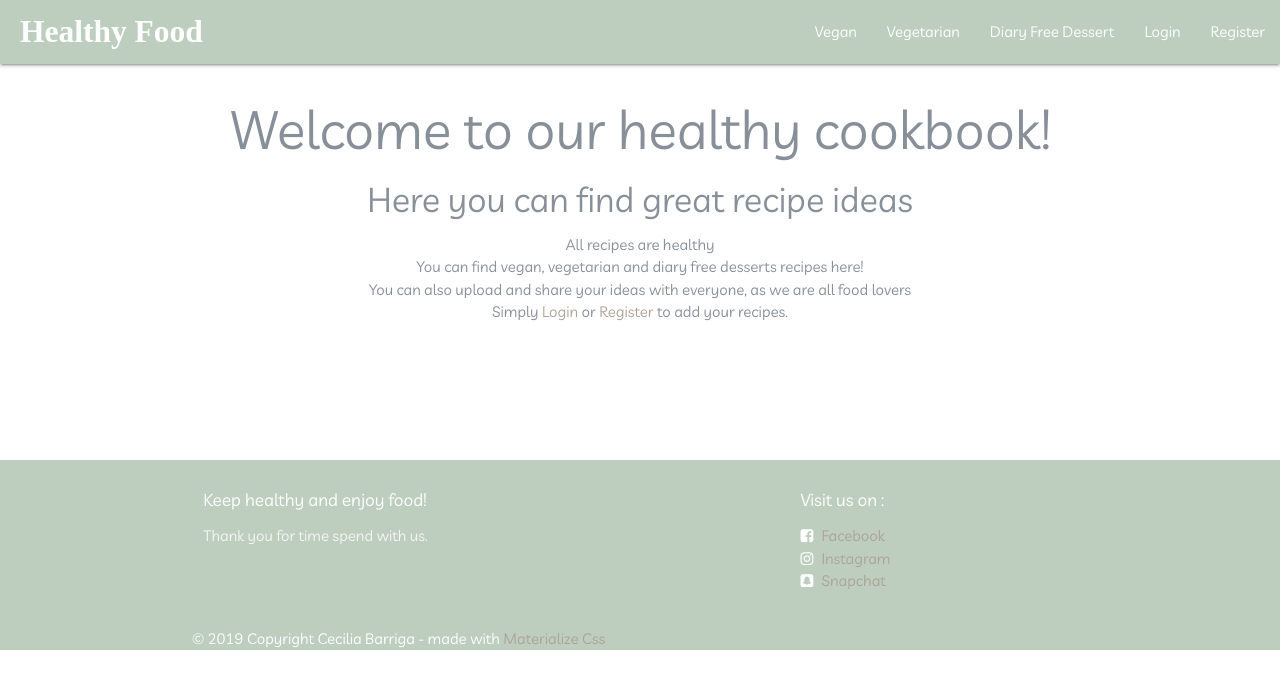
Repository: cesole/cookbook
Page: http://localhost/
The author's editor kept a record of every edit. The page is drawn from the files as they stood at one moment, then again after the next edit.
The browser window is 1280 px wide. The pictures show the whole page.
Some web fonts or font styles are not loaded; a fallback is used. The page is served by the project's application, run on Flask 3 (app.py).

Above is the page before.

After the next edit:
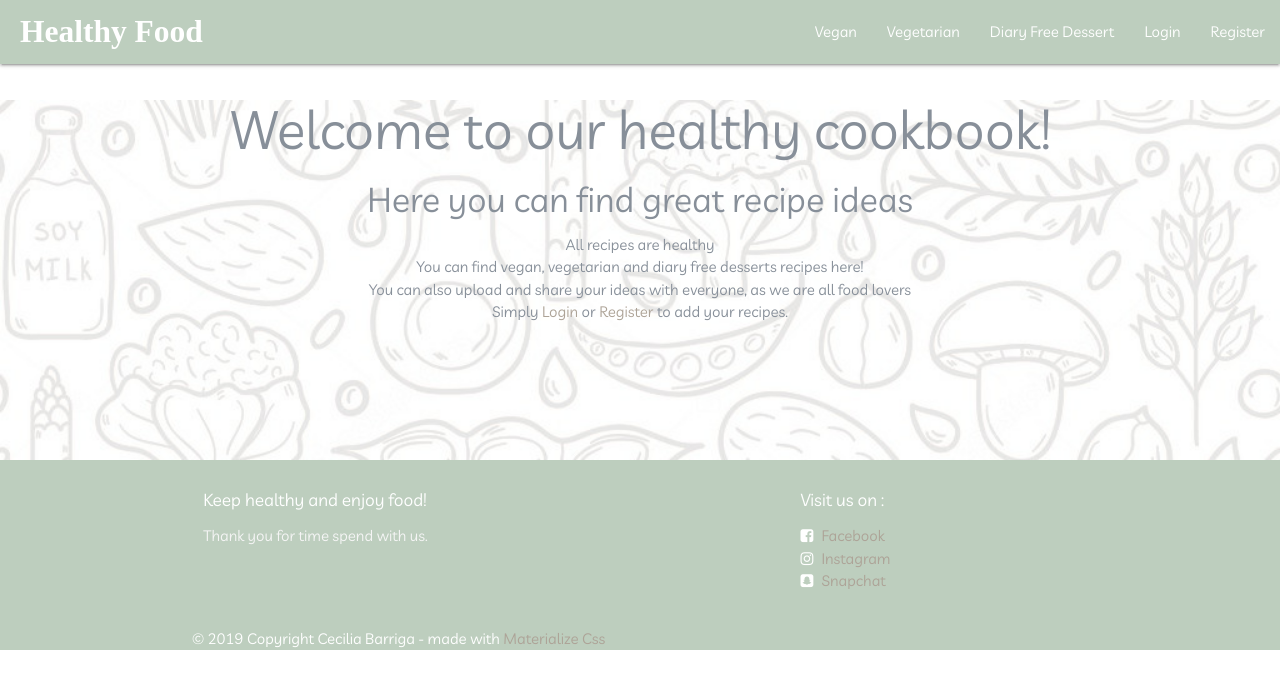
The edit:
--- a/templates/base.html
+++ b/templates/base.html
@@ -55,7 +55,10 @@
     </nav>
 
     <div class="container-fluid">
-        <main>{% block content %}{% endblock %}</main>
+        <main style="background-image: url({{ url_for('static', filename='images/background2.jpg') }}); background-size: cover;
+            -webkit-background-size: cover;
+            -moz-background-size: cover;
+            -o-background-size: cover;" " class="full-content">{% block content %}{% endblock %}</main>
     </div>
 
     <footer class="page-footer">
